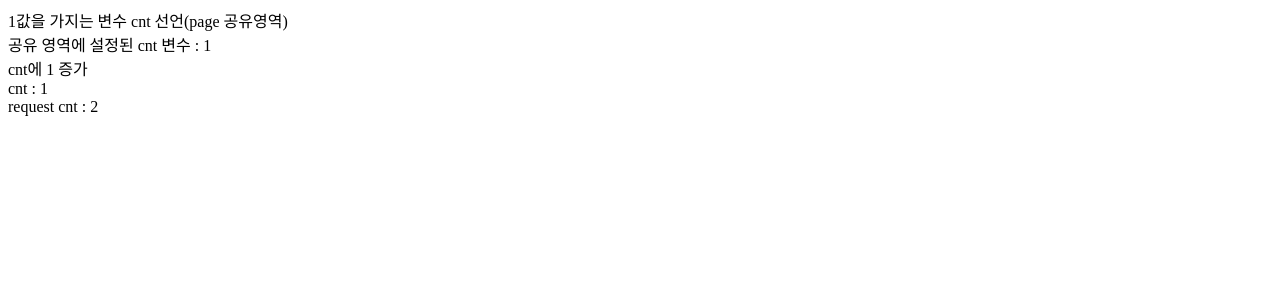
Repository: sunnny10/web-workspace
Page: http://localhost/Lecture-Web/jsp/jstl/core/exam01.jsp
The author's editor kept a copy of each file at every save. The page is drawn from the files as they stood at one save, then again after the next save.
The browser window is 1280 px wide. The pictures show the whole page.
The page is served by Tomcat 9. Other server files are loaded and not shown.

Above is the page before, as saved 2022-06-07 06:04:24.

### Lecture-Web/src/main/webapp/jsp/jstl/core/exam01.jsp
<%@ page language="java" contentType="text/html; charset=UTF-8"
    pageEncoding="UTF-8"%>
<%@ taglib prefix="c" uri="http://java.sun.com/jsp/jstl/core" %>
<!DOCTYPE html>
<html>
<head>
<meta charset="UTF-8">
<title>Insert title here</title>
</head>
<body>
	1값을 가지는 변수 cnt 선언(page 공유영역)<br>
	<%-- <%
		pageContext.setAttribute("cnt", "1");
	%> --%>
	<c:set var="cnt" value="1" />
		공유 영역에 설정된 cnt 변수 : ${ cnt }<br>
		cnt에 1 증가<br>
		<c:set var="cnt" value="${ cnt + 1}" scope="request"/>
		cnt : ${cnt}<br>
		<%-- <%
			int cnt = Integer.parseInt(pageContext.getAttribute("cnt"));
			++cnt;
			pageContext.setAttribute("cnt", cnt);
		%> --%>
		request cnt : ${ requestScope.cnt }<br>
</body>
</html>
<%--
		JSP				EL					JSTL
	--------------------------------------------------------
		pageContext		pageScope			page
		request			requestScope		request
		session			sessionScope		session
		application		applicationScope	application
 --%>

After the next save:
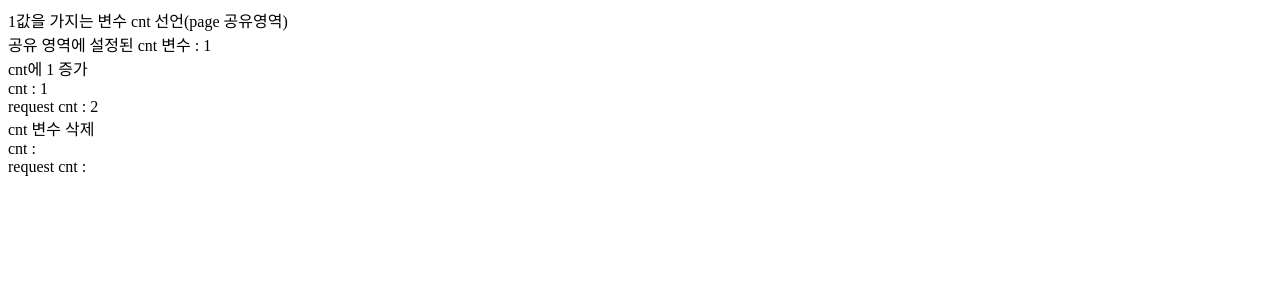
Saved 27 min 46 s later.
--- a/Lecture-Web/src/main/webapp/jsp/jstl/core/exam01.jsp
+++ b/Lecture-Web/src/main/webapp/jsp/jstl/core/exam01.jsp
@@ -23,6 +23,13 @@
 			pageContext.setAttribute("cnt", cnt);
 		%> --%>
 		request cnt : ${ requestScope.cnt }<br>
+
+		cnt 변수 삭제<br>
+		<c:remove var="cnt" />
+		cnt : ${ cnt }<br>
+		request cnt : ${ requestScope.cnt }<br>
+
+
 </body>
 </html>
 <%--
